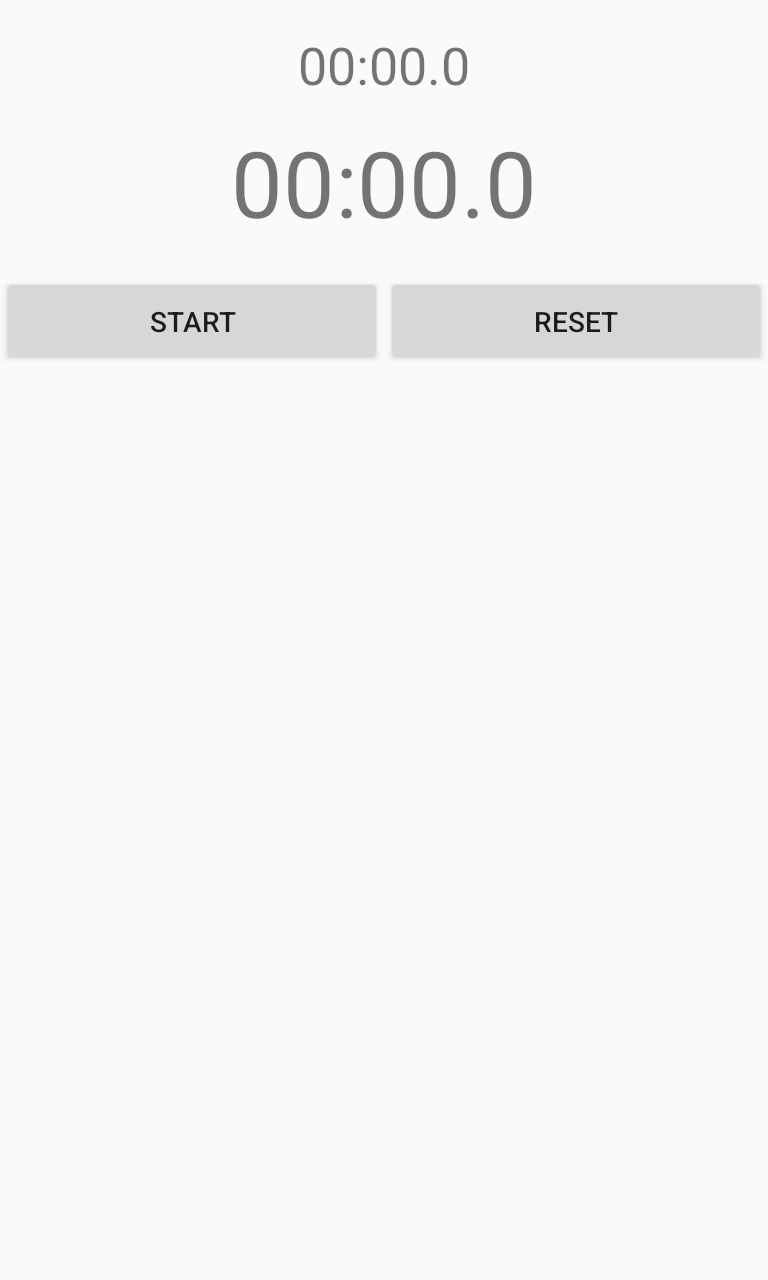
Repository: GitDidNotExitCleanly/AndroidTimer
Layout: G54MDP_Stopwatch/res/layout/fragment_stopwatch.xml
An editor plug-in stored every save of this project. The layout is shown before and after the next save, followed by the edit.
It is drawn on a 768 x 1280 px phone screen (xhdpi) without system bars, with theme AppTheme; the app's code is not run. Lists and similar views that code fills are empty.

Above is the layout before, as saved 2015-03-07 01:36:49.

### G54MDP_Stopwatch/res/layout/fragment_stopwatch.xml
<?xml version="1.0" encoding="utf-8"?>
<LinearLayout xmlns:android="http://schemas.android.com/apk/res/android"
    android:layout_width="match_parent"
    android:layout_height="match_parent"
    android:gravity="center_horizontal"
    android:orientation="vertical" >

        <LinearLayout
            android:layout_width="fill_parent"
            android:layout_height="wrap_content"
            android:layout_weight="0.5"
            android:gravity="center_horizontal"
            android:orientation="vertical" >

	        <TextView
	            android:id="@+id/smallTime"
	            android:layout_width="wrap_content"
	            android:layout_height="wrap_content"
	            android:text="00:00.0"
	            android:textSize="@dimen/stopwatch_small_time"
	            android:paddingTop="15dip"
	            android:paddingBottom="5dip" />

	        <TextView
	            android:id="@+id/largeTime"
	            android:layout_width="wrap_content"
	            android:layout_height="wrap_content"
	            android:text="00:00.0"
	            android:textSize="@dimen/stopwatch_large_time"
	            android:paddingTop="5dip"
	            android:paddingBottom="15dip" />

	        <LinearLayout
	            android:layout_width="match_parent"
	            android:layout_height="wrap_content"
	            android:gravity="center_horizontal"
	            android:orientation="horizontal"
	             >

	            <Button
	                android:id="@+id/start_stop"
	                android:layout_width="wrap_content"
	                android:layout_height="wrap_content"
	                android:layout_weight="1"
	                android:text="Start" />

	            <Button
	                android:id="@+id/reset_lap"
	                android:layout_width="wrap_content"
	                android:layout_height="wrap_content"
	                android:layout_weight="1"
	                android:text="Reset" />

	        </LinearLayout>
    </LinearLayout>

    <ListView
        android:id="@+id/timeList"
        android:layout_width="fill_parent"
        android:layout_height="wrap_content"
        android:layout_gravity="center_horizontal"
        android:layout_weight="0.3" >

    </ListView>

</LinearLayout>

### G54MDP_Stopwatch/res/values/dimens.xml
<resources>

    <!-- Default screen margins, per the Android Design guidelines. -->
    <dimen name="activity_horizontal_margin">16dp</dimen>
    <dimen name="activity_vertical_margin">16dp</dimen>
	<dimen name="stopwatch_small_time">26dip</dimen>
    <dimen name="stopwatch_large_time">46dip</dimen>

</resources>

Loaded but not shown: G54MDP_Stopwatch/res/values/styles.xml (common file); G54MDP_Stopwatch/res/values-v11/styles.xml (common file); G54MDP_Stopwatch/res/values-v14/styles.xml (common file)

After the next save:
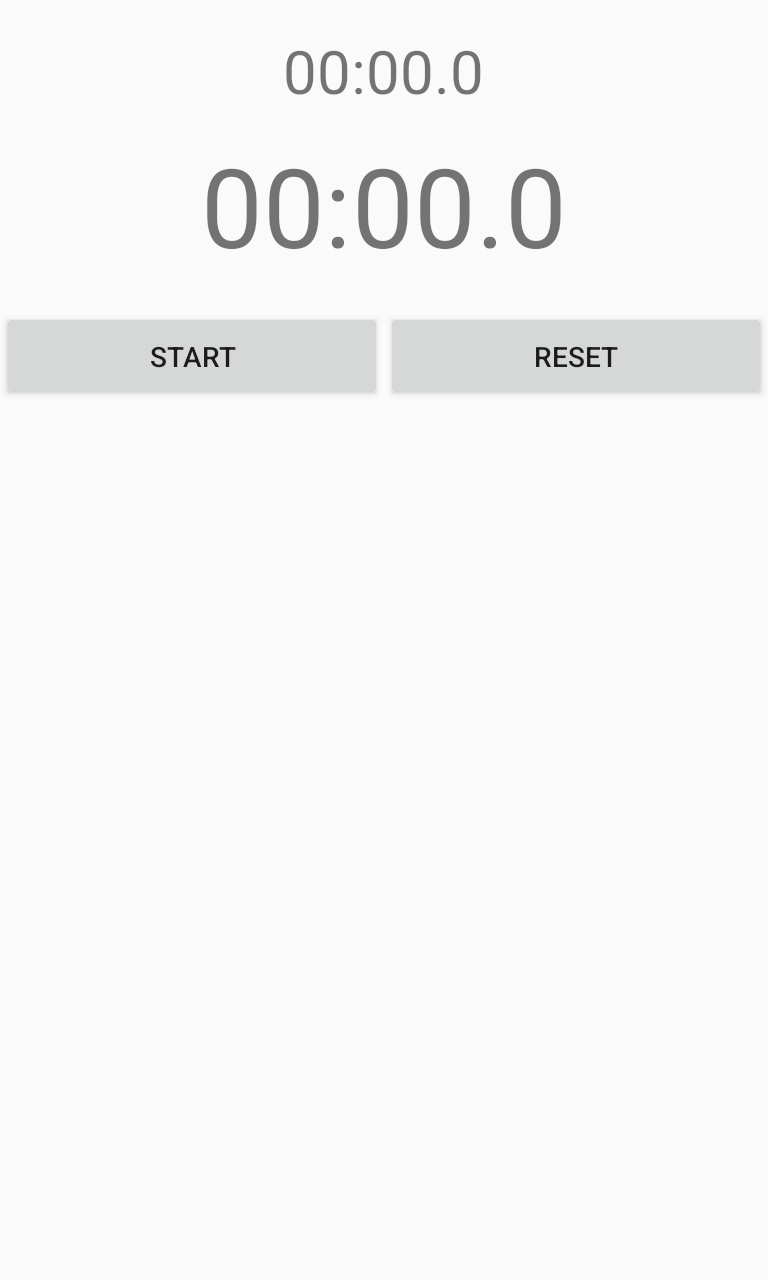
Saved 13 s later.
--- a/G54MDP_Stopwatch/res/values/dimens.xml
+++ b/G54MDP_Stopwatch/res/values/dimens.xml
@@ -3,7 +3,7 @@
     <!-- Default screen margins, per the Android Design guidelines. -->
     <dimen name="activity_horizontal_margin">16dp</dimen>
     <dimen name="activity_vertical_margin">16dp</dimen>
-	<dimen name="stopwatch_small_time">26dip</dimen>
-    <dimen name="stopwatch_large_time">46dip</dimen>
+	<dimen name="stopwatch_small_time">30dip</dimen>
+    <dimen name="stopwatch_large_time">55dip</dimen>
 
 </resources>
